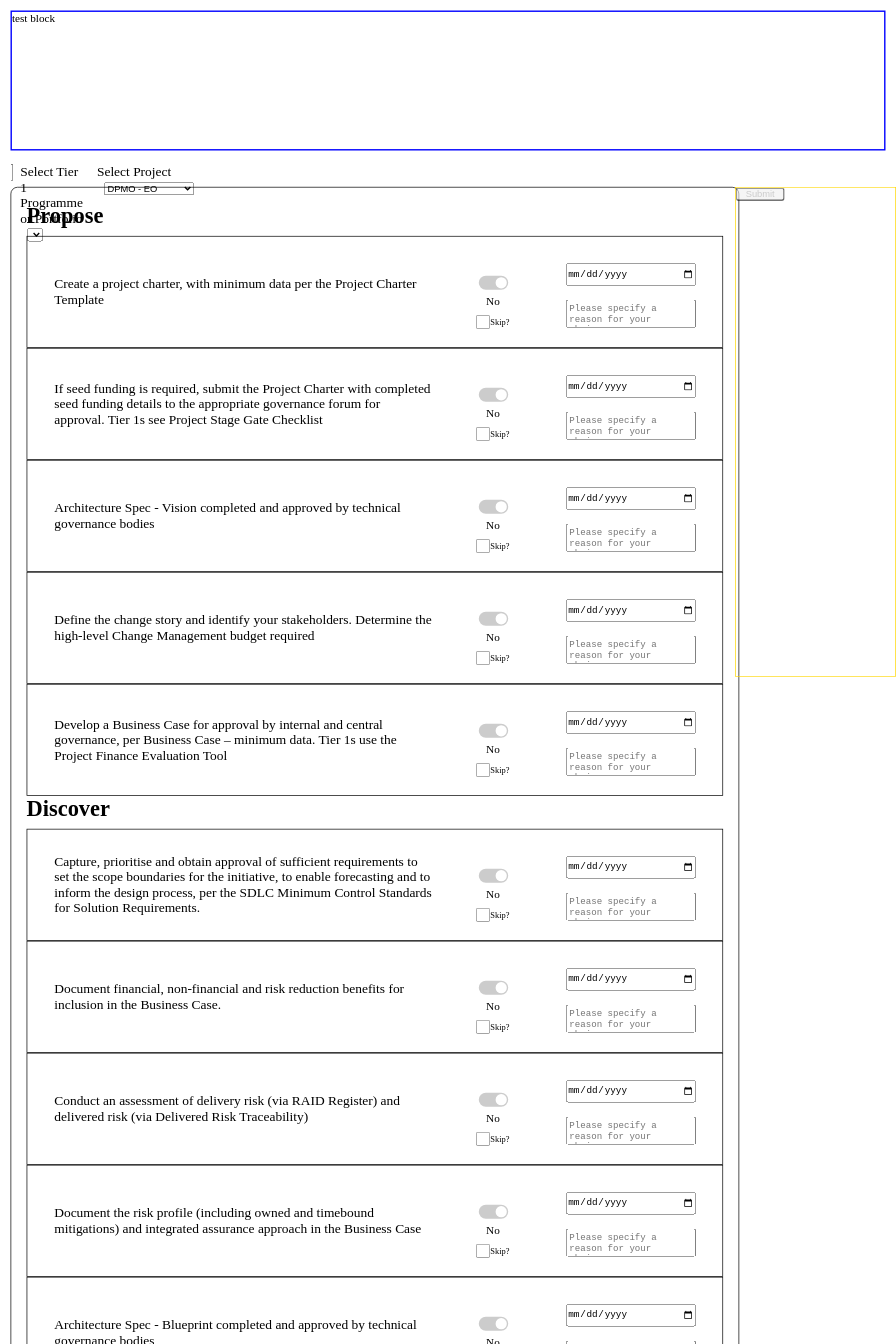
Repository: I-Alpha/JQuery-Html-form
Page: Project-form.html
These files come from the project's save history. The page is drawn as it stood at one moment and after the next save; the edit follows.
The browser window is 1280 px wide. The pictures show the part of the page from y = 0 to 1920 px (the page is 8699 px tall), at 70% of full size.

Above is the page before, as saved 2020-10-27 00:57:56.

After the next save:
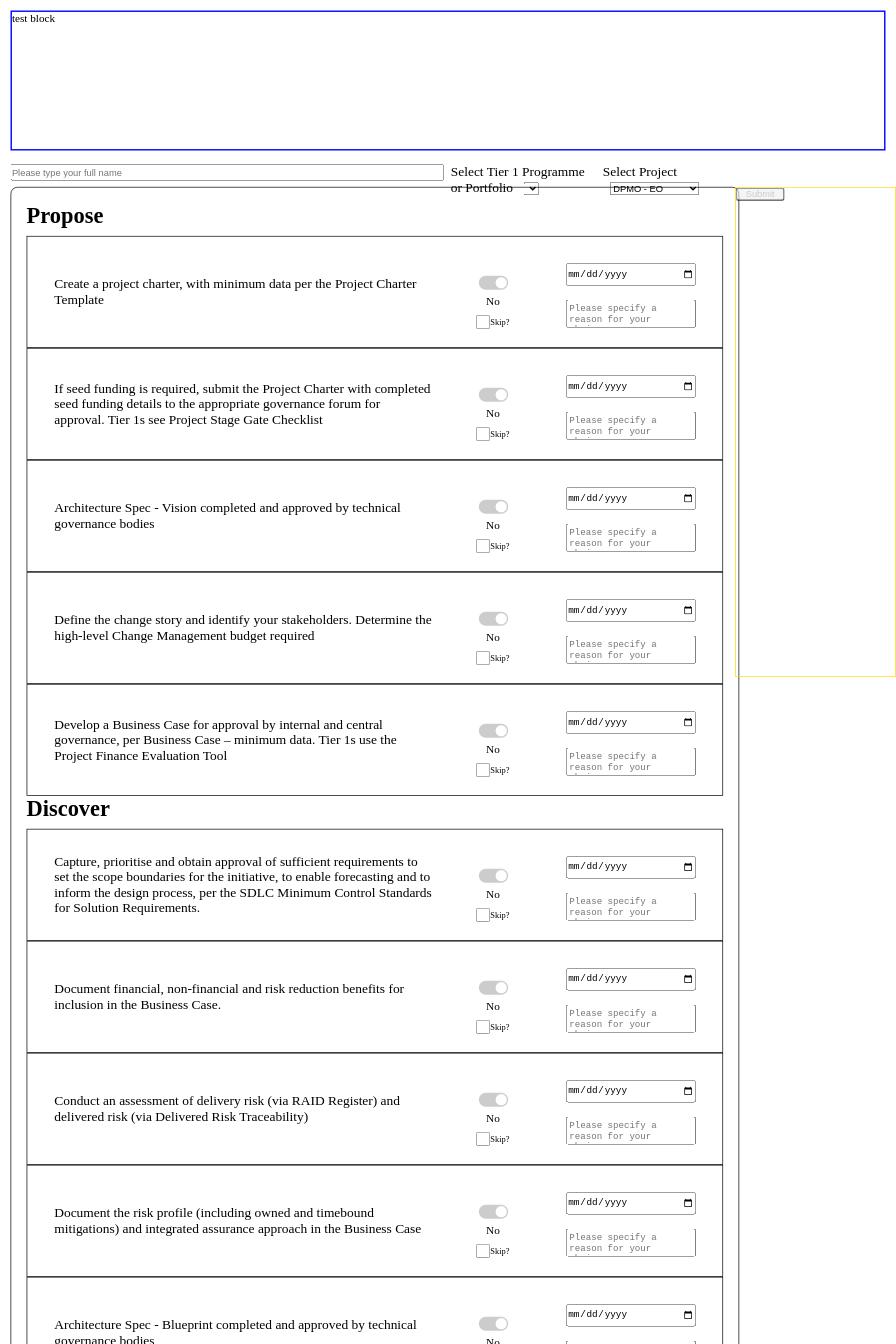
Saved 83 s later.
--- a/main.css
+++ b/main.css
@@ -310,7 +310,7 @@ and (min-width : 1224px) {
   #preBar{
    display: grid;
    flex-direction: row;
-   grid-template-columns: 1fr 5fr  ;
+   grid-template-columns: auto auto;
   grid-row:1 ;
   grid-column: 3;
    margin : 10px 0;
